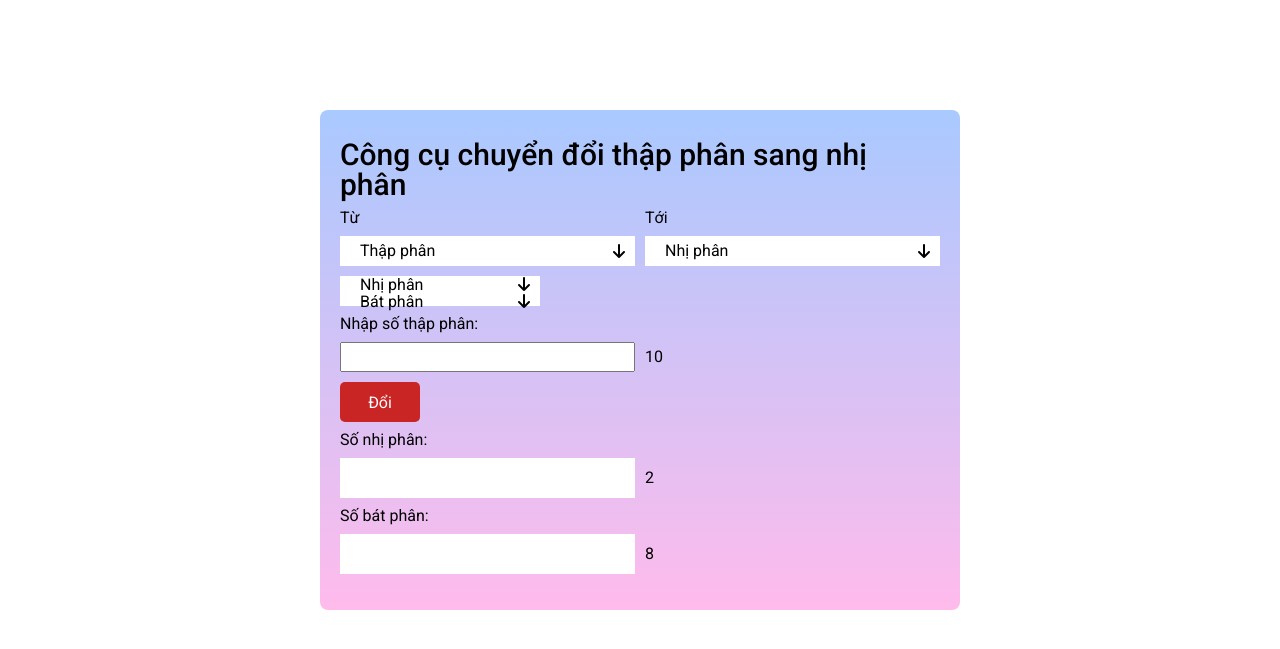
Repository: thuanpham00/covertNumber
Page: index.html
An editor plug-in stored every save of this project. The page is shown before and after the next save, followed by the edit.
The browser window is 1280 px wide. The pictures show the whole page.
Some web libraries are served in a nearby version. The style sheet was rebuilt from its Sass, Less or Tailwind sources for each picture, by a compiler version that may differ from the author's.

Above is the page before, as saved 2023-11-05 16:45:33.
Console error: TypeError: Cannot read properties of null (reading 'addEventListener')

### index.html
<!DOCTYPE html>
<html lang="en">
    <head>
        <meta charset="UTF-8" />
        <meta name="viewport" content="width=device-width, initial-scale=1.0" />
        <title>Convert Number</title>
        <link rel="stylesheet" href="./assets/css/main.css" />
        <link rel="preconnect" href="https://fonts.googleapis.com" />
        <link rel="preconnect" href="https://fonts.gstatic.com" crossorigin />
        <link
            href="https://fonts.googleapis.com/css2?family=Roboto:wght@400;500;700;900&display=swap"
            rel="stylesheet"
        />
        <script src="https://kit.fontawesome.com/3115b3f4f1.js"></script>
    </head>
    <body>
        <div class="container">
            <h1 class="title">Công cụ chuyển đổi thập phân sang nhị phân</h1>
            <div class="row">
                <span class="row__desc">Từ</span>
                <span class="row__desc">Tới</span>
            </div>
            <div class="row">
                <div class="row__type">
                    <div class="row__item">Thập phân</div>
                    <div class="row__icon">
                        <i class="fa-solid fa-arrow-down"></i>
                    </div>
                </div>

                <div class="row__type">
                    <div class="row__item">Nhị phân</div>
                    <div class="row__icon">
                        <i class="fa-solid fa-arrow-down"></i>
                    </div>
                </div>
                <div class="list">
                    <div class="list__item">
                        <div class="row__item">Nhị phân</div>
                        <div class="row__icon">
                            <i class="fa-solid fa-arrow-down"></i>
                        </div>
                    </div>
                    <div class="list__item">
                        <div class="row__item">Bát phân</div>
                        <div class="row__icon">
                            <i class="fa-solid fa-arrow-down"></i>
                        </div>
                    </div>
                </div>
            </div>
            <div class="container__wrapper">
                <div class="desc">Nhập số thập phân:</div>
                <form class="form" autocomplete="off">
                    <div class="row">
                        <input
                            type="text"
                            class="form__input"
                            name="numberInput"
                            required
                        />
                        <span>10</span>
                    </div>
                    <input type="submit" class="form__submit" value="Đổi" />
                </form>

                <div class="desc">Số nhị phân:</div>
                <div class="row">
                    <div class="result">
                        <span class="result__inner"></span>
                    </div>
                    <span>2</span>
                </div>
                <div class="desc">Số bát phân:</div>
                <div class="row">
                    <div class="result">
                        <span class="result__inner inner-2"></span>
                    </div>
                    <span>8</span>
                </div>
            </div>
        </div>

        <script src="./main.js"></script>
    </body>
</html>

### main.js
// // phần nguyên: integerPart
// // phần thập phân: decimalPart
window.addEventListener("load", function () {
    function convertDecimalToBinary(number) {
        let binary = [];
        let integerPart = Math.floor(number); // làm tròn xuống
        let decimalPart = number - integerPart;

        while (integerPart > 0) {
            let number1 = integerPart % 2;
            binary.unshift(number1);
            integerPart = Math.floor(integerPart / 2);
        }
        if (decimalPart > 0) {
            binary.push(".");

            let min = 0;
            let max = 16;
            while (decimalPart > 0 && min < max) {
                decimalPart = decimalPart * 2;
                let digit = Math.floor(decimalPart);
                binary.push(digit);
                decimalPart = decimalPart - digit;
                min++;
            }
        }
        return binary.join(""); // 8.625 (10) -> 1000.101 (2)
    }

    function convertDecimalToOctal(number) {
        let binary = [];
        let integerPart = Math.floor(number); // làm tròn xuống
        let decimalPart = number - integerPart;

        while (integerPart > 0) {
            let number1 = integerPart % 8;
            binary.unshift(number1);
            integerPart = Math.floor(integerPart / 8);
        }
        if (decimalPart > 0) {
            binary.push(".");

            let min = 0;
            let max = 16;
            while (decimalPart > 0 && min < max) {
                decimalPart = decimalPart * 8;
                let digit = Math.floor(decimalPart);
                binary.push(digit);
                decimalPart = decimalPart - digit;
                min++;
            }
        }
        return binary.join(""); // 11.25 (10) -> 13.2 (8)
    }
    const result = document.querySelector(".result__inner");
    const result2 = document.querySelector(".result__inner.inner-2");
    const form = document.querySelector(".form");
    form.addEventListener("submit", function (e) {
        e.preventDefault();
        const input = parseFloat(this.elements["numberInput"].value);
        result.textContent = convertDecimalToBinary(input);
        result2.textContent = convertDecimalToOctal(input);
    });

    const listType = document.querySelector(".row__list")
    listType.addEventListener("click", function(e) {
        const typeItem = e.target.querySelector(".row__type.type-2")
        typeItem.classList.add("type")
    })
});

### scss/main.scss
html,
body,
div,
span,
applet,
object,
iframe,
h1,
h2,
h3,
h4,
h5,
h6,
p,
blockquote,
pre,
a,
abbr,
acronym,
address,
big,
cite,
code,
del,
dfn,
em,
img,
ins,
kbd,
q,
s,
samp,
small,
strike,
strong,
sub,
sup,
tt,
var,
b,
u,
i,
center,
dl,
dt,
dd,
ol,
ul,
li,
fieldset,
form,
label,
legend,
table,
caption,
tbody,
tfoot,
thead,
tr,
th,
td,
article,
aside,
canvas,
details,
embed,
figure,
figcaption,
footer,
header,
hgroup,
menu,
nav,
output,
ruby,
section,
summary,
time,
mark,
audio,
video {
    margin: 0;
    padding: 0;
    border: 0;
    font-size: 100%;
    font: inherit;
    vertical-align: baseline;
}
/* HTML5 display-role reset for older browsers */
article,
aside,
details,
figcaption,
figure,
footer,
header,
hgroup,
menu,
nav,
section {
    display: block;
}
body {
    line-height: 1;
}
ol,
ul {
    list-style: none;
}
blockquote,
q {
    quotes: none;
}
blockquote:before,
blockquote:after,
q:before,
q:after {
    content: "";
    content: none;
}
table {
    border-collapse: collapse;
    border-spacing: 0;
}

*,
::after,
::before {
    box-sizing: border-box;
}

html {
    font-size: 62.5%;
}

body {
    background: #fff;
    font-size: 1.6rem;
    font-family: "Roboto", sans-serif;
}

input,
select,
textarea,
button {
    font-size: inherit;
    font-family: inherit;
}

.container {
    background-color: #a9c9ff;
    background-image: linear-gradient(180deg, #a9c9ff 0%, #ffbbec 100%);

    border-radius: 8px;
    padding: 10px 20px;
    height: 500px;
    position: absolute;
    top: 50%;
    left: 50%;
    transform: translate(-50%, -50%);

    .title {
        margin-top: 20px;
        font-size: 3rem;
        font-weight: 500;
    }

    .row {
        margin-top: 10px;
        display: grid;
        align-items: center;
        grid-template-columns: 1fr 1fr;
        column-gap: 10px;

        .row__type {
            display: flex;
            align-items: center;
            justify-content: space-between;
            padding-left: 20px;
            padding-right: 10px;
            height: 30px;
            width: 100%;
            background: #fff;

            pointer-events: none;

            > i {
                font-size: 0.6rem;
            }
        }

        .result {
            width: 100%;
            height: 40px;
            background: #fff;
            display: flex;
            align-items: center;
            padding-left: 20px;
        }
    }

    .desc {
        margin-top: 10px;
    }

    .form__input {
        height: 30px;
        padding: 5px 0px 5px 20px;
        outline: none;
    }

    .form__submit {
        margin-top: 10px;
        width: 80px;
        height: 40px;
        border-radius: 5px;
        background: #c92525;
        color: #fff;
        outline: none;
        border: none;
    }
}

.list {
    margin-top: 10px;
    height: 30px;
    width: 200px;
    background: #fff;

    .list__item {
        display: flex;
        align-items: center;
        justify-content: space-between;
        padding-left:20px;
        padding-right: 10px;
    }
}

After the next save:
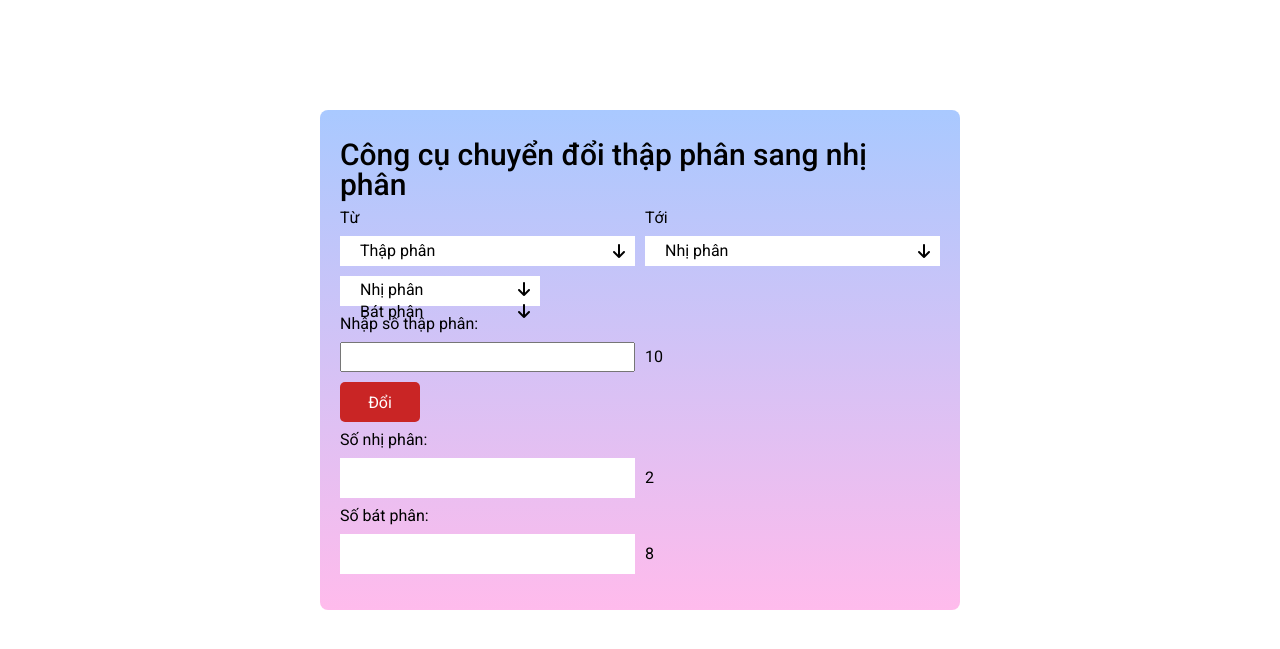
Saved 5 s later.
--- a/scss/main.scss
+++ b/scss/main.scss
@@ -228,6 +228,7 @@ button {
     background: #fff;
 
     .list__item {
+        margin-top: 5px;
         display: flex;
         align-items: center;
         justify-content: space-between;
